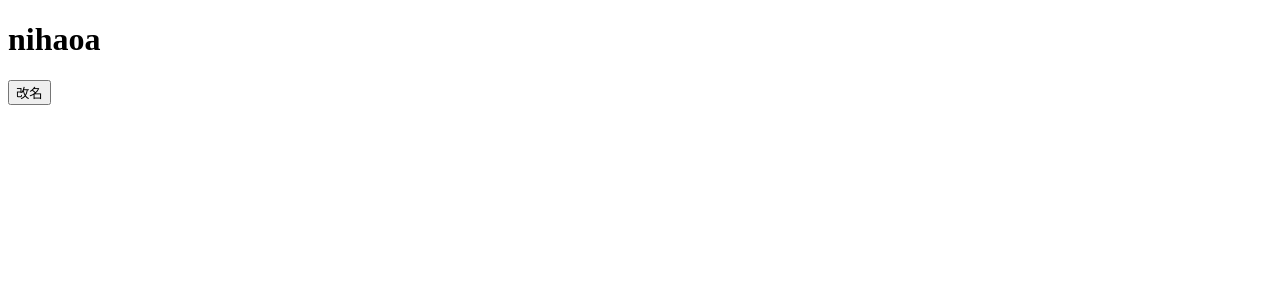
Repository: zgw88/vite-svelte
Page: /
The author's editor kept a copy of each file at every save. The page is drawn from the files as they stood at one save, then again after the next save.
The browser window is 1280 px wide. The pictures show the whole page.
The project was rebuilt for these pictures with package versions that can differ from the ones it lists, and the page was loaded fresh each time. Also part of the build but not shown: vite.config.js, src/app.css.

Above is the page before, as saved 2022-08-08 16:54:23.

After the next save:
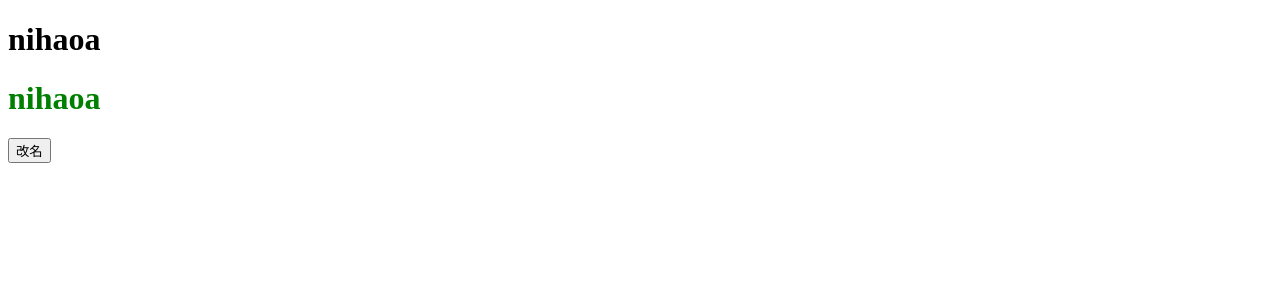
Saved 57 s later.
--- a/src/App.svelte
+++ b/src/App.svelte
@@ -25,6 +25,8 @@
 <div class:active={foo}>{@html el1}</div>
 {#if state}
   <div style="color: {color}">{@html el1}</div>
+{:else}
+  <div style="color: {color}">{@html el1}</div>
 {/if}
 <button on:click={handleClick}>改名</button>
 
